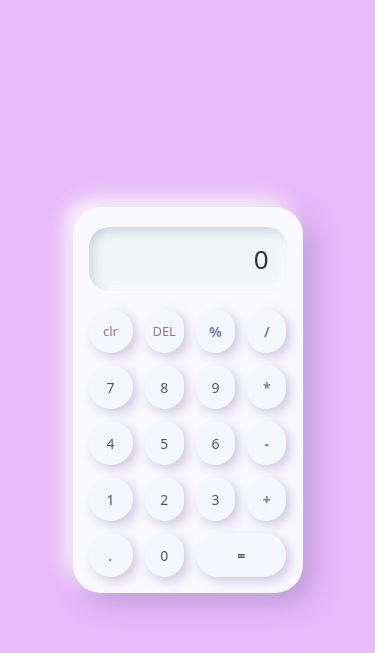
Repository: meti-guda/simple-calculator
Page: index.html
The author's editor kept a copy of each file at every save. The page is drawn from the files as they stood at one save, then again after the next save.
The browser window is 375 px wide. The pictures show the whole page.

Above is the page before, as saved 2025-12-11 12:08:32.
Console error: TypeError: Cannot read properties of null (reading 'addEventListener')

After the next save:
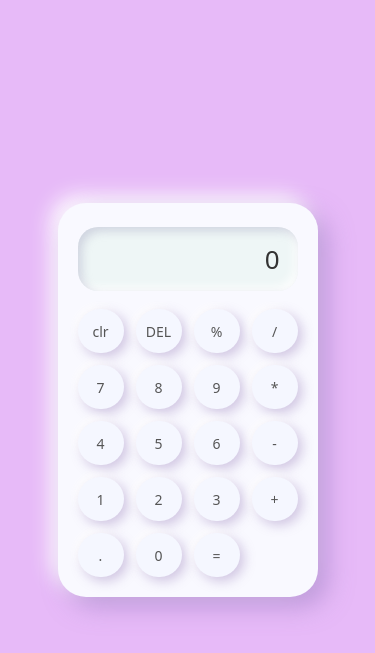
Saved 4 min 9 s later.
--- a/style.css
+++ b/style.css
@@ -16,18 +16,21 @@
   background: #e7baf8;
 }
 
+/* note: class name matches HTML: <div class="container"> */
 .container {
   padding: 16px;
 }
 
 .calculator {
-  width: 360px;
+  width: 260px;
   padding: 24px 20px 20px;
   border-radius: 28px;
   background: #f9f9ff;
   box-shadow: 10px 10px 25px rgba(150, 121, 189, 0.5),
     -8px -8px 20px rgba(255, 255, 255, 0.95);
 }
+
+/* Display */
 
 .display {
   width: 100%;
@@ -50,6 +53,8 @@
   white-space: nowrap;
 }
 
+/* Keys grid – matches <div class="values"> */
+
 .values {
   display: grid;
   grid-template-columns: repeat(4, 1fr);
@@ -70,49 +75,4 @@
   transition: transform 0.08s ease, box-shadow 0.08s ease, background 0.1s;
 }
 
-.values button:active {
-  transform: translateY(1px);
-  box-shadow: inset 3px 3px 8px rgba(157, 132, 188, 0.45),
-    inset -2px -2px 6px rgba(255, 255, 255, 1);
-}
-
-.values button[data-value="/"],
-.values button[data-value="*"],
-.values button[data-value="-"],
-.values button[data-value="+"],
-.values button[data-value="%"] {
-  color: #7c7ea8;
-  font-weight: 600;
-}
-
-.values button[data-action="clear"],
-.values button[data-action="del"] {
-  font-size: 13px;
-  color: #a07090;
-}
-
-.dot {
-  justify-self: flex-start;
-  width: 44px;
-}
-
-.equal {
-  grid-column: span 2;
-  background: #d87bb4;
-  color: #fff;
-  font-weight: 600;
-  box-shadow: 4px 4px 12px rgba(160, 100, 150, 0.6),
-    -3px -3px 9px rgba(255, 255, 255, 1);
-}
-
-.equal:active {
-  box-shadow: inset 3px 3px 8px rgba(160, 100, 150, 0.6),
-    inset -2px -2px 6px rgba(255, 255, 255, 1);
-}
-
-@media (max-width: 400px) {
-  .calculator {
-    width: 230px;
-    padding: 20px 16px 16px;
-  }
-}
+.values;

After the save that followed:
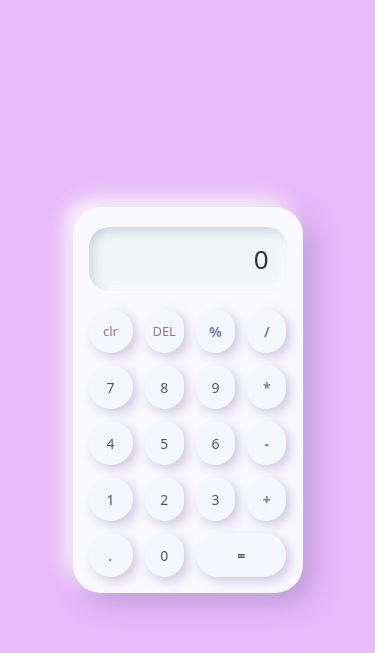
Saved 7 s later.
--- a/style.css
+++ b/style.css
@@ -16,21 +16,18 @@
   background: #e7baf8;
 }
 
-/* note: class name matches HTML: <div class="container"> */
 .container {
   padding: 16px;
 }
 
 .calculator {
-  width: 260px;
+  width: 360px;
   padding: 24px 20px 20px;
   border-radius: 28px;
   background: #f9f9ff;
   box-shadow: 10px 10px 25px rgba(150, 121, 189, 0.5),
     -8px -8px 20px rgba(255, 255, 255, 0.95);
 }
-
-/* Display */
 
 .display {
   width: 100%;
@@ -53,8 +50,6 @@
   white-space: nowrap;
 }
 
-/* Keys grid – matches <div class="values"> */
-
 .values {
   display: grid;
   grid-template-columns: repeat(4, 1fr);
@@ -75,4 +70,49 @@
   transition: transform 0.08s ease, box-shadow 0.08s ease, background 0.1s;
 }
 
-.values;
+.values button:active {
+  transform: translateY(1px);
+  box-shadow: inset 3px 3px 8px rgba(157, 132, 188, 0.45),
+    inset -2px -2px 6px rgba(255, 255, 255, 1);
+}
+
+.values button[data-value="/"],
+.values button[data-value="*"],
+.values button[data-value="-"],
+.values button[data-value="+"],
+.values button[data-value="%"] {
+  color: #7c7ea8;
+  font-weight: 600;
+}
+
+.values button[data-action="clear"],
+.values button[data-action="del"] {
+  font-size: 13px;
+  color: #a07090;
+}
+
+.dot {
+  justify-self: flex-start;
+  width: 44px;
+}
+
+.equal {
+  grid-column: span 2;
+  background: #d87bb4;
+  color: #fff;
+  font-weight: 600;
+  box-shadow: 4px 4px 12px rgba(160, 100, 150, 0.6),
+    -3px -3px 9px rgba(255, 255, 255, 1);
+}
+
+.equal:active {
+  box-shadow: inset 3px 3px 8px rgba(160, 100, 150, 0.6),
+    inset -2px -2px 6px rgba(255, 255, 255, 1);
+}
+
+@media (max-width: 400px) {
+  .calculator {
+    width: 230px;
+    padding: 20px 16px 16px;
+  }
+}
